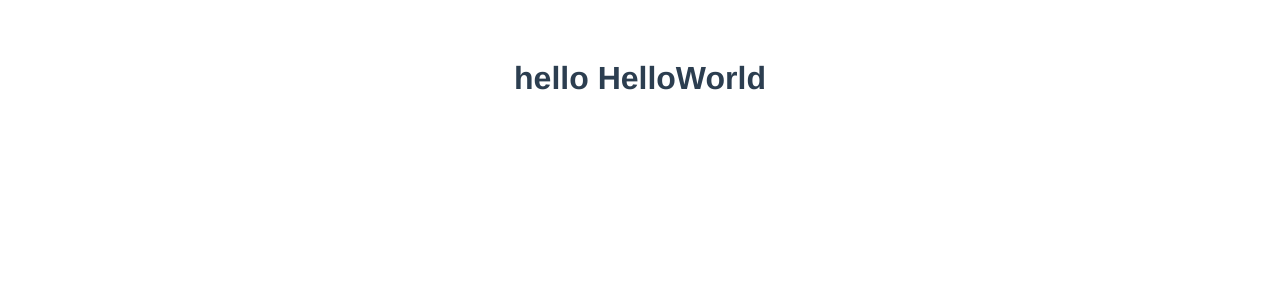
Repository: tianyige21/course-vue
Page: /#/
These files come from the project's save history. The page is drawn as it stood at one moment and after a run of saves; the edit follows.
The browser window is 1280 px wide. The pictures show the whole page.
The project was rebuilt for these pictures with package versions that can differ from the ones it lists, and the page was loaded fresh each time. Also part of the build but not shown: vue.config.js, src/views/test.vue.

Above is the page before, as saved 2021-10-18 17:36:10.

After the next 2 saves:
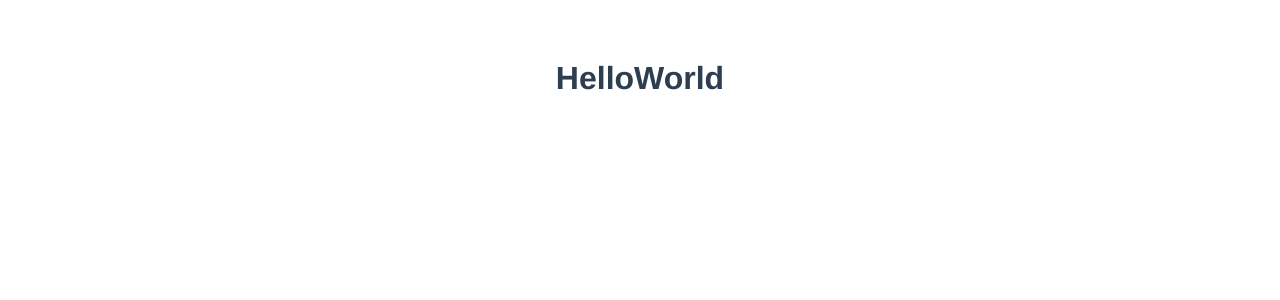
The 2 saves are shown as one change because they came seconds apart.
The last was saved 6 s later.
--- a/src/components/HelloWorld.vue
+++ b/src/components/HelloWorld.vue
@@ -1,6 +1,6 @@
 <template>
   <div class="hello">
-    <h1>hello HelloWorld</h1>
+    <h1>HelloWorld</h1>
   </div>
 </template>
 
